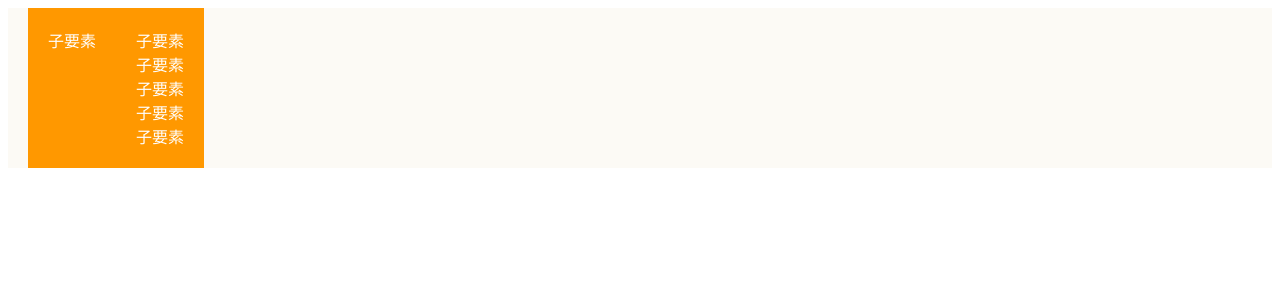
Repository: kyomufire/Potepan_kadai1
Page: Potepan Lessons/index4.html
The author's editor kept a record of every edit. The page is drawn from the files as they stood at one moment, then again after the next edit.
The browser window is 1280 px wide. The pictures show the whole page.

Above is the page before.

### Potepan Lessons/index4.html
<!DOCTYPE html>
<html>
  <head>
    <meta charset = "UTF-8">
    <title>タイトル</title>
    <link rel="stylesheet" href="test4.css">
  </head>

  <body>
    <div class="Flexbox">
      <div class="ContentLeft">子要素</div>
      <div class="ContentRight">
        <div>子要素</div>
        <div>子要素</div>
        <div>子要素</div>
        <div>子要素</div>
        <div>子要素</div>
      </div>
    </div>
  </body>
</html>

### Potepan Lessons/test4.css
.Flexbox {
  display: flex;
  background-color: #fcfaf5;
  padding: 0px 20px;
}

.ContentLeft {
  color: #fff;
  padding: 20px;
  background-color: #ff9800;
}

.ContentRight {
  color: #fff;
  padding: 20px;
  background-color: #ff9800;

  justify-content: space-between;
}

After the next edit:
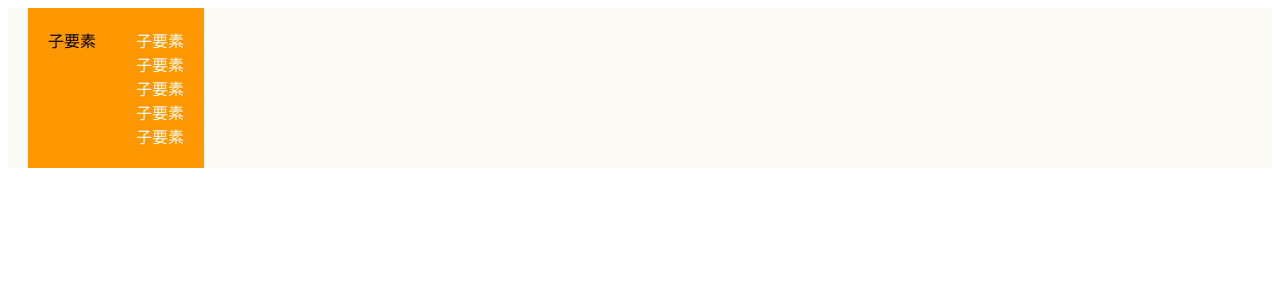
The edit:
--- a/Potepan Lessons/test4.css
+++ b/Potepan Lessons/test4.css
@@ -5,7 +5,7 @@
 }
 
 .ContentLeft {
-  color: #fff;
+
   padding: 20px;
   background-color: #ff9800;
 }

After the edit that followed:
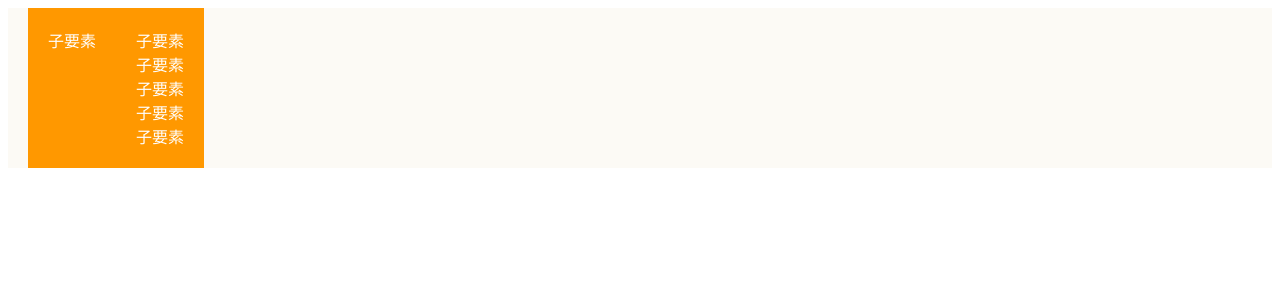
The edit:
--- a/Potepan Lessons/test4.css
+++ b/Potepan Lessons/test4.css
@@ -2,6 +2,8 @@
   display: flex;
   background-color: #fcfaf5;
   padding: 0px 20px;
+  color: #fff;
+
 }
 
 .ContentLeft {
